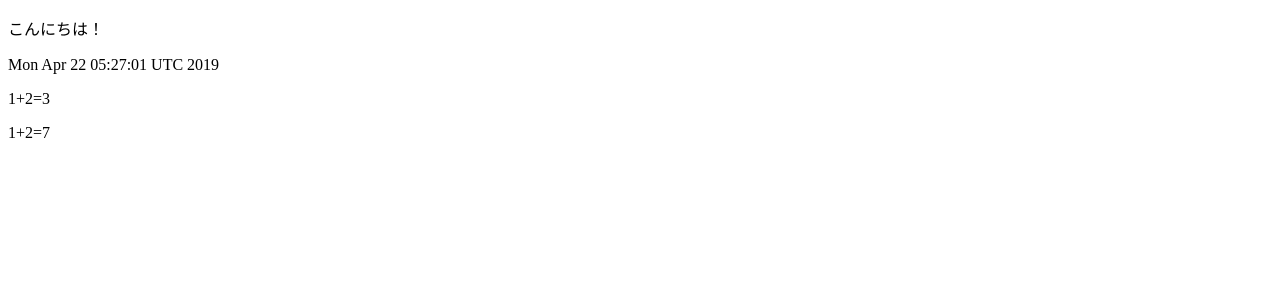
Repository: naoshima1109/test
Page: http://localhost/HelloJSP/
These files come from the project's save history. The page is drawn as it stood at one moment and after the next save; the edit follows.
The browser window is 1280 px wide. The pictures show the whole page.
The page is served by Tomcat 9.

Above is the page before, as saved 2019-04-24 04:25:09.

After the next save:
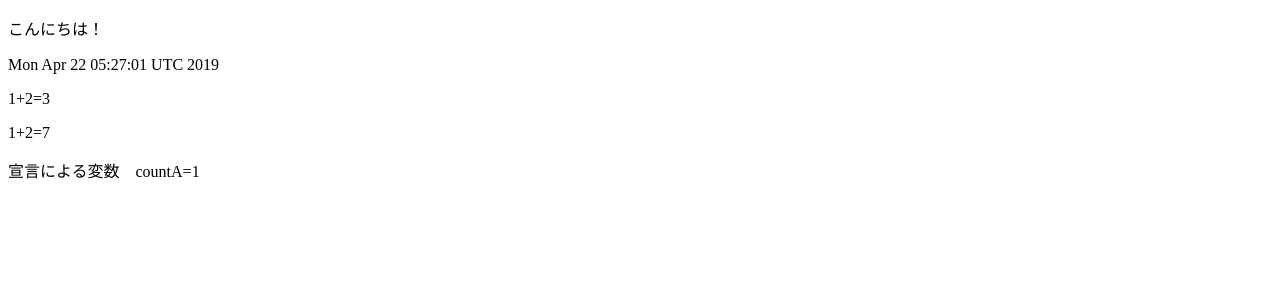
Saved 4 min 51 s later.
--- a/HelloJSP/WebContent/index.jsp
+++ b/HelloJSP/WebContent/index.jsp
@@ -18,5 +18,15 @@ static int add(int a,int b){
 
 <p>1+2=<%=add(1,2) %></p>
 <p>1+2=<%=add(3,4) %></p>
+
+<%! static int countA=0; %>
+<%
+
+int countB=0;
+countA++;
+countB++;
+
+%>
+<p>宣言による変数　countA=<%=countB %></p>
 </body>
 </html>
